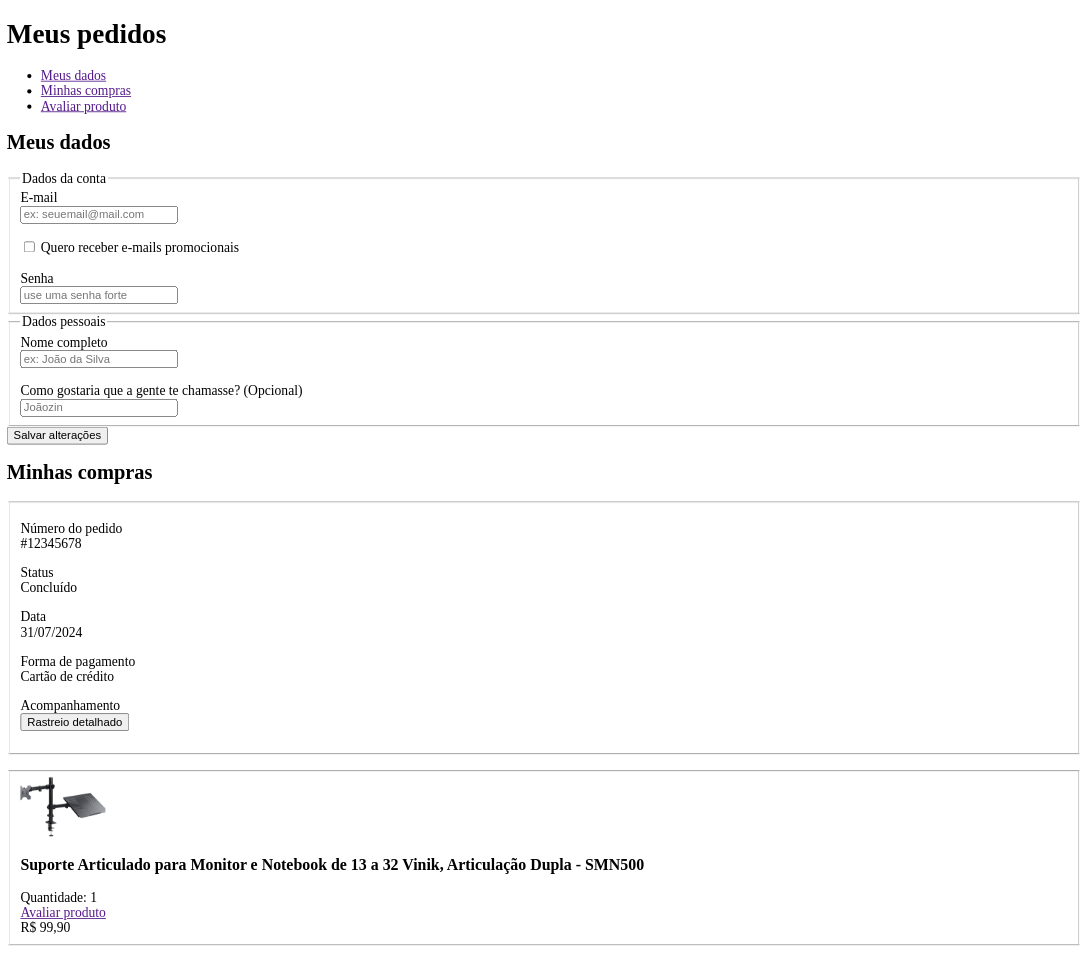
Repository: claudemir-camargo/site-compras
Page: index.html
These files come from the project's save history. The page is drawn as it stood at one moment and after the next save; the edit follows.
The browser window is 1280 px wide. The pictures show the whole page, at 85% of full size.

Above is the page before, as saved 2024-03-03 15:15:48.

After the next save:
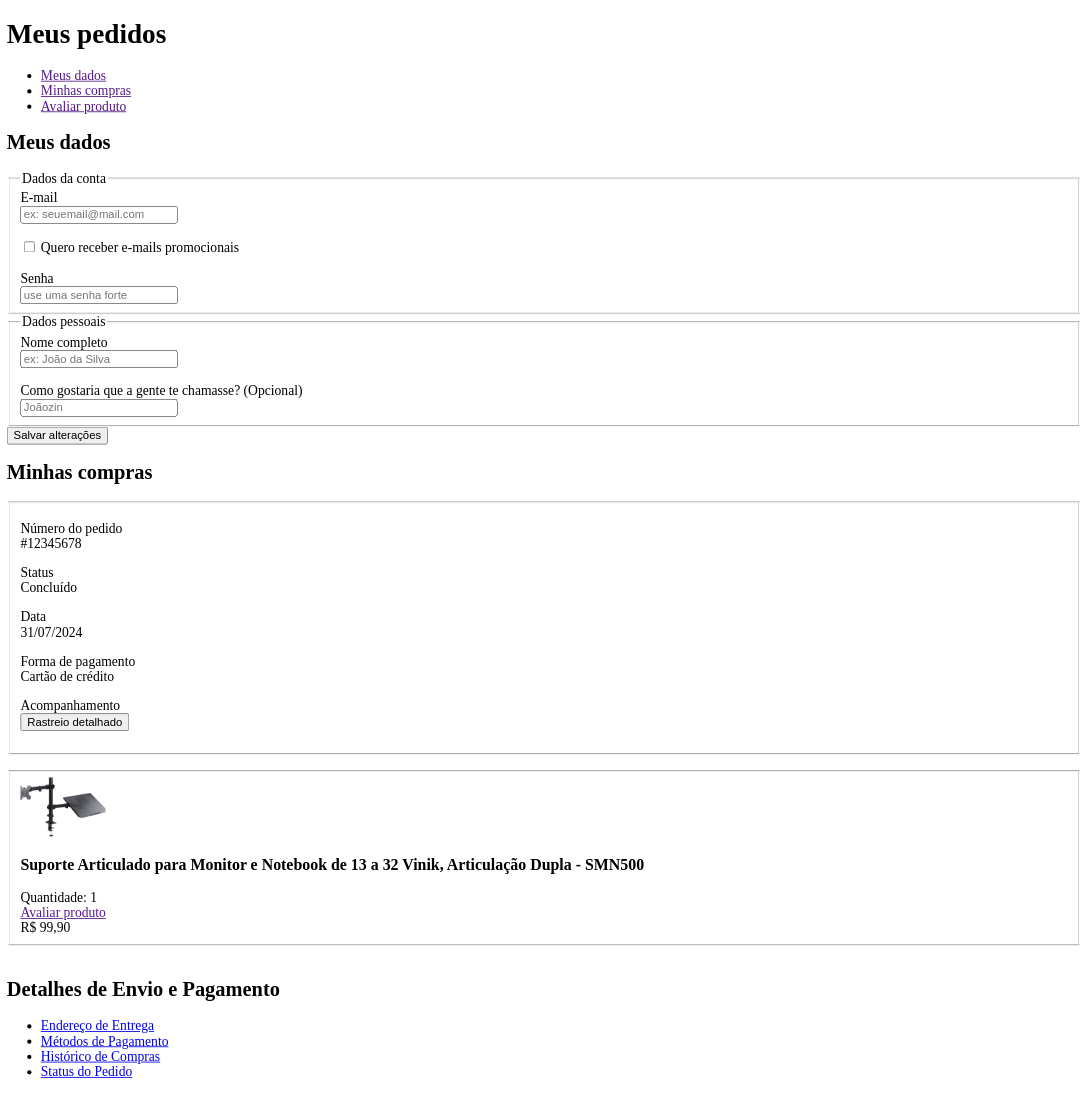
Saved 13 min 46 s later.
--- a/index.html
+++ b/index.html
@@ -59,6 +59,16 @@
         <a href="">Avaliar produto</a><br>
         R$ 99,90
     </fieldset>
+    <br>
+    <div class="menu">
+        <h2>Detalhes de Envio e Pagamento</h2>
+        <ul>
+            <li><a href="#">Endereço de Entrega</a></li>
+            <li><a href="#">Métodos de Pagamento</a></li>
+            <li><a href="#">Histórico de Compras</a></li>
+            <li><a href="#">Status do Pedido</a></li>
+        </ul>
+    </div>
 
 
 </body>
